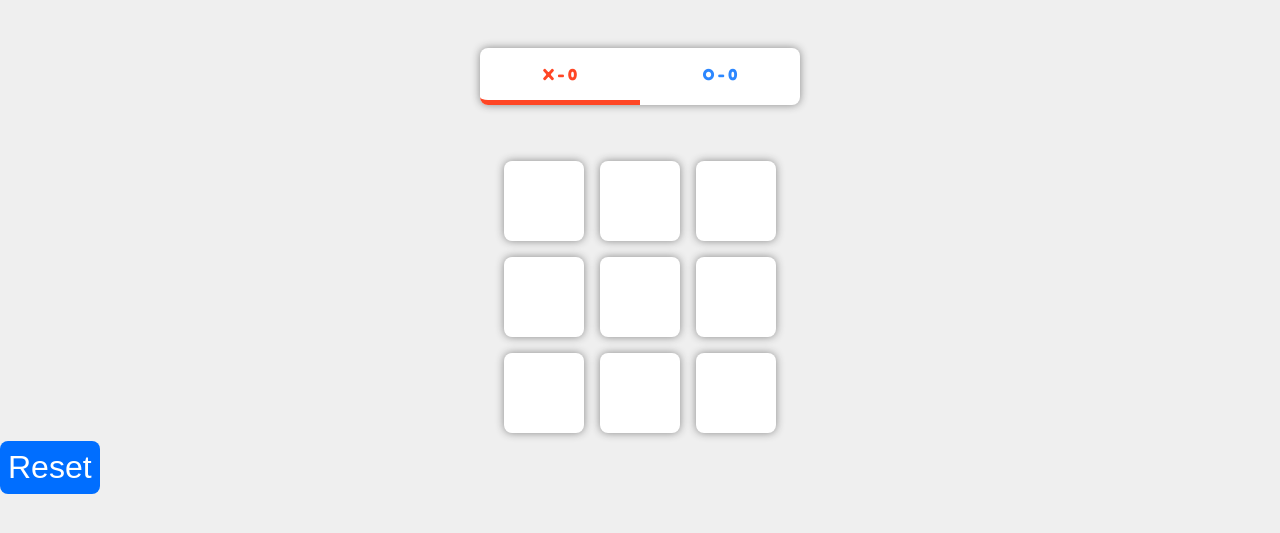
Repository: Seva2705/tic-tac-toe.github.io
Page: /
The author's editor kept a copy of each file at every save. The page is drawn from the files as they stood at one save, then again after a run of saves.
The browser window is 1280 px wide. The pictures show the whole page.
The project was rebuilt for these pictures with package versions that can differ from the ones it lists, and the page was loaded fresh each time.

Above is the page before, as saved 2023-04-04 18:10:58.

After the next 2 saves:
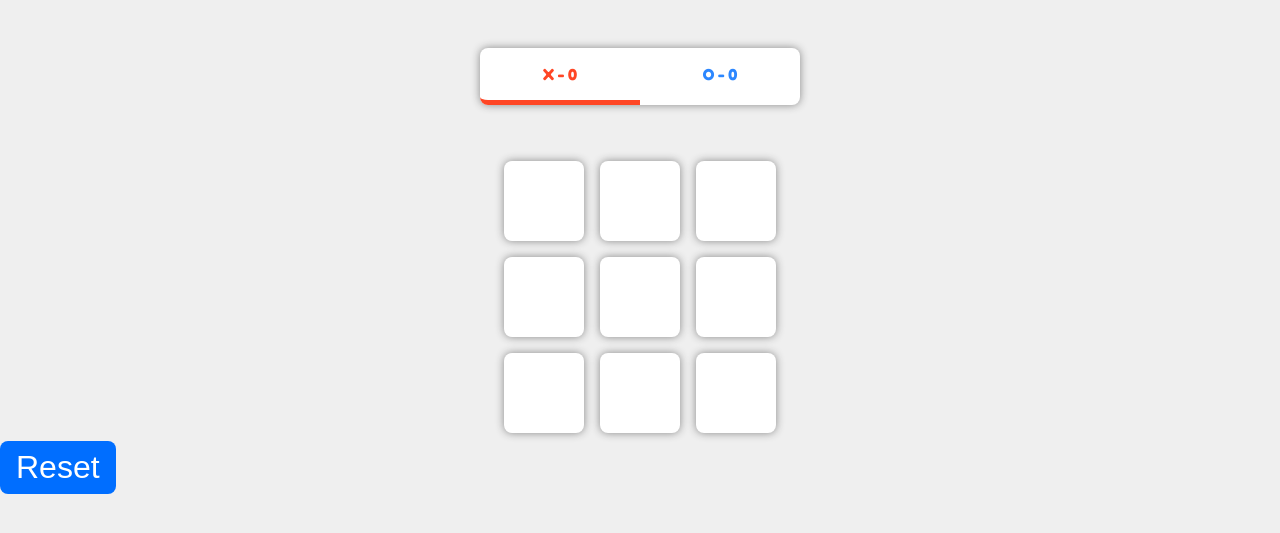
The 2 saves are shown as one change because they came seconds apart.
The last was saved 9 s later.
--- a/src/components/ResetButton.css
+++ b/src/components/ResetButton.css
@@ -4,6 +4,7 @@
     background-color: rgb(0, 110, 255);
     color: white;
     font-size: 2rem;
-    padding: 0.5rem;
+    padding: 0.5rem 1rem;
+
 
 }
